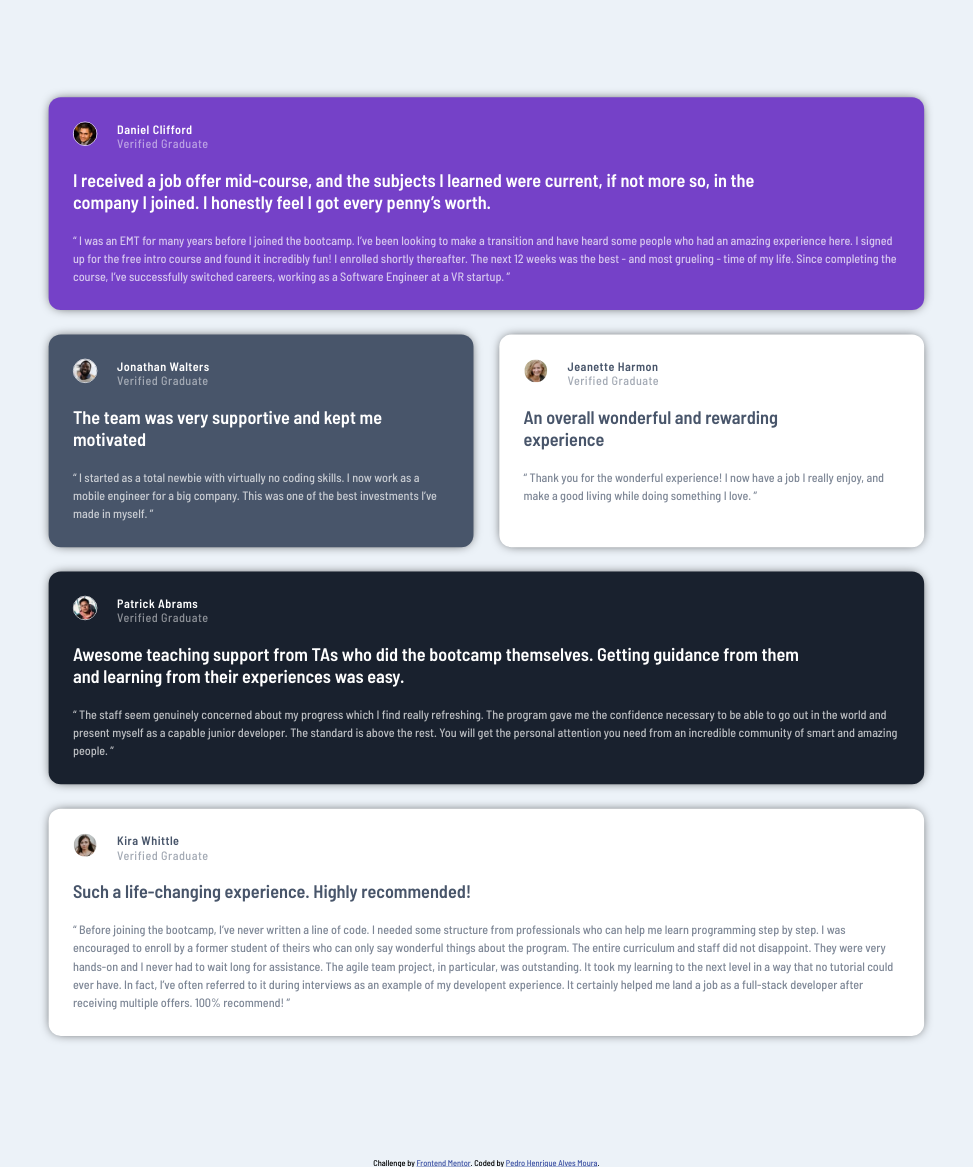
Repository: Pedrohamoura-Git/Frontend-Mentor-Challenges
Page: Junior/testimonials-grid-section-main/index.html
These files come from the project's save history. The page is drawn as it stood at one moment and after a run of saves; the edit follows.
The browser window is 1280 px wide. The pictures show the whole page, at 76% of full size.

Above is the page before, as saved 2021-06-02 10:02:14.

### Junior/testimonials-grid-section-main/index.html
<!DOCTYPE html>
<html lang="en">
<head>
  <meta charset="UTF-8">
  <meta name="viewport" content="width=device-width, initial-scale=1.0"> <!-- displays site properly based on user's device -->

  <link rel="stylesheet" href="css/style.css">

  <title>Frontend Mentor | [Challenge Name Here]</title>

  <!-- Feel free to remove these styles or customise in your own stylesheet 👍 -->
  <style>
    .attribution { font-size: 11px; text-align: center; }
    .attribution a { color: hsl(228, 45%, 44%); }
  </style>
</head>
<body>

  <div id="wrapper">
    <div id="cards">
      <div id="card1">
        <header>
          <div class="picture">
            <img  src="images/image-daniel.jpg" alt="Daniel Clifford's Picture">
          </div>

          <div class="profile">
            <p>Daniel Clifford</p>
            <p class="status">Verified Graduate</p>
          </div>
          <div class="quotes"></div>
        </header>


        <h2>I received a job offer mid-course, and the subjects I learned were current, if not more so, in the company I joined. I honestly feel I got every penny’s worth.</h2>

        <p class="reviews">“ I was an EMT for many years before I joined the bootcamp. I’ve been looking to make a transition and have heard some people who had an amazing experience here. I signed up for the free intro course and found it incredibly fun! I enrolled shortly thereafter. The next 12 weeks was the best - and most grueling - time of my life. Since completing the course, I’ve successfully switched careers, working as a Software Engineer at a VR startup. ”</p>
      </div>

      <div id="card2">
        <header>
          <div class="picture">
            <img src="images/image-jonathan.jpg" alt="Jonathan Walters's Picture">
          </div>

          <div class="profile">
            <p>Jonathan Walters</p>
            <p class="status">Verified Graduate</p>
          </div>
        </header>

        <h2>The team was very supportive and kept me motivated</h2>

        <p class="reviews">“ I started as a total newbie with virtually no coding skills. I now work as a mobile engineer
          for a big company. This was one of the best investments I’ve made in myself. ”</p>
      </div>


      <div id="card3">
        <header>
          <div class="picture">
            <img src="images/image-jeanette.jpg" alt="Jeanette Harmon's Picture">
          </div>

          <div class="profile">
            <p>Jeanette Harmon</p>
            <p class="status">Verified Graduate</p>
          </div>
        </header>

        <h2>An overall wonderful and rewarding experience</h2>

        <p class="reviews">“ Thank you for the wonderful experience! I now have a job I really enjoy, and make a good living
          while doing something I love. ”</p>
      </div>

      <div id="card4">
        <header>
          <div class="picture">
            <img src="images/image-patrick.jpg" alt="Patrick Abrams's Picture">
          </div>

          <div class="profile">
            <p>Patrick Abrams</p>
            <p class="status">Verified Graduate</p>
          </div>
        </header>

        <h2>Awesome teaching support from TAs who did the bootcamp themselves. Getting guidance from them and
          learning from their experiences was easy.</h2>

        <p class="reviews">“ The staff seem genuinely concerned about my progress which I find really refreshing. The program
          gave me the confidence necessary to be able to go out in the world and present myself as a capable
          junior developer. The standard is above the rest. You will get the personal attention you need from
          an incredible community of smart and amazing people. ”</p>
      </div>

      <div id="card5">
        <header>
          <div class="picture">
            <img src="images/image-kira.jpg" alt="Kira Whittle's Picture">
          </div>

          <div class="profile">
            <p>Kira Whittle</p>
            <p class="status">Verified Graduate</p>
          </div>
        </header>

        <h2>Such a life-changing experience. Highly recommended!</h2>

        <p class="reviews">“ Before joining the bootcamp, I’ve never written a line of code. I needed some structure from
          professionals who can help me learn programming step by step. I was encouraged to enroll by a former
          student of theirs who can only say wonderful things about the program. The entire curriculum and staff
          did not disappoint. They were very hands-on and I never had to wait long for assistance. The agile team
          project, in particular, was outstanding. It took my learning to the next level in a way that no tutorial
          could ever have. In fact, I’ve often referred to it during interviews as an example of my developent
          experience. It certainly helped me land a job as a full-stack developer after receiving multiple offers.
          100% recommend! ”</p>
      </div>
    </div>
  </div>


  <div class="attribution">
    Challenge by <a href="https://www.frontendmentor.io?ref=challenge" target="_blank">Frontend Mentor</a>.
    Coded by <a href="#">Pedro Henrique Alves Moura</a>.
  </div>
</body>
</html>

### Junior/testimonials-grid-section-main/css/style.css
/*
** Core Formats
*/
    @import url('https://fonts.googleapis.com/css2?family=Barlow+Semi+Condensed:ital,wght@0,500;0,600;1,500;1,600&display=swap');


    * {
        box-sizing: border-box;
        font-family: "Barlow Semi Condensed";
        margin: 0;
        padding: 0;

    }

    html {
        Font-size: 13px;
    }

    body {
        background: hsl(210, 46%, 95%);
    }


/*
** Common Formats
*/
    #cards {
        color: white;
        margin: 10% auto;
        min-width: 200px;
        width: 90%;

        /* border: 1px solid red; */
    }
    #cards .picture img {
        border: 1.5px solid white;
        border-radius: 3rem;
        width: 55%;
    }

    #cards h2 {
        font-size: 1.5rem;
        margin-bottom: 1.5rem;
        max-width: 90%;
    }

    #cards div.profile {
        letter-spacing: .04rem;
        margin-bottom: 1.5rem;
    }

    #cards div.profile :first-child {
        font-weight: 600;
    }

    #cards div.profile p.status {
        opacity: 50%;
    }

    #cards p.reviews {
        font-size: 1rem;
        line-height: 1.5rem;
        opacity: 70%;
    }

    #card1, #card2, #card3, #card4, #card5 {
        border-radius: 1rem;
        box-shadow: 0 0 1rem -5px black;
        margin-bottom: 2rem;
        padding: 2rem;
    }


    header {
        display: flex;
    }



    /* CONFIGURAR A IMAGEM DE ASPAS DEPOIS


         #cards #card1 h2 {
        z-index: 10;
    }


    #card1 ::before {
        content: '';
        background: url(../images/bg-pattern-quotation.svg)no-repeat;
        width: 30%;
        height: 20%;
        position: absolute;
        top: 3rem;
        right: 2rem;
        z-index: 2;
    }
    } */




/*
** Card #1
*/
    #card1 {
        background: hsl(263, 55%, 52%);
    }



/*
** card #2
*/

    #card2 {
        background: hsl(217, 19%, 35%);
    }


/*
** card #3
*/
    #card3 {
        background: white;
        color: hsl(217, 19%, 35%);
    }


/*
** card #4
*/
    #card4 {
        background: hsl(219, 29%, 14%);
    }



/*
** card #5
*/
    #card5 {
        background: white;
        color: hsl(217, 19%, 35%);
    }


    /*
    ** Tablet Layout
    */
        @media (min-width: 720px) {

            html {
                font-size: 16px;
            }

            #cards {
                display: grid;
                grid-template-columns: repeat(2, 1fr);
                column-gap: 2.1rem;
            }

            #card1 {
                grid-column: 1 / span 2;
            }

            #card4 {
                grid-column: 1 / span 2;
            }

            #card5 {
                grid-column: 1 / span 2;
            }
        }



    /*
    ** Desktop - Layout
    */
        @media (min-width: 1080px) {
            #cards {
                display: grd;
            }
        }

After the next 8 saves:
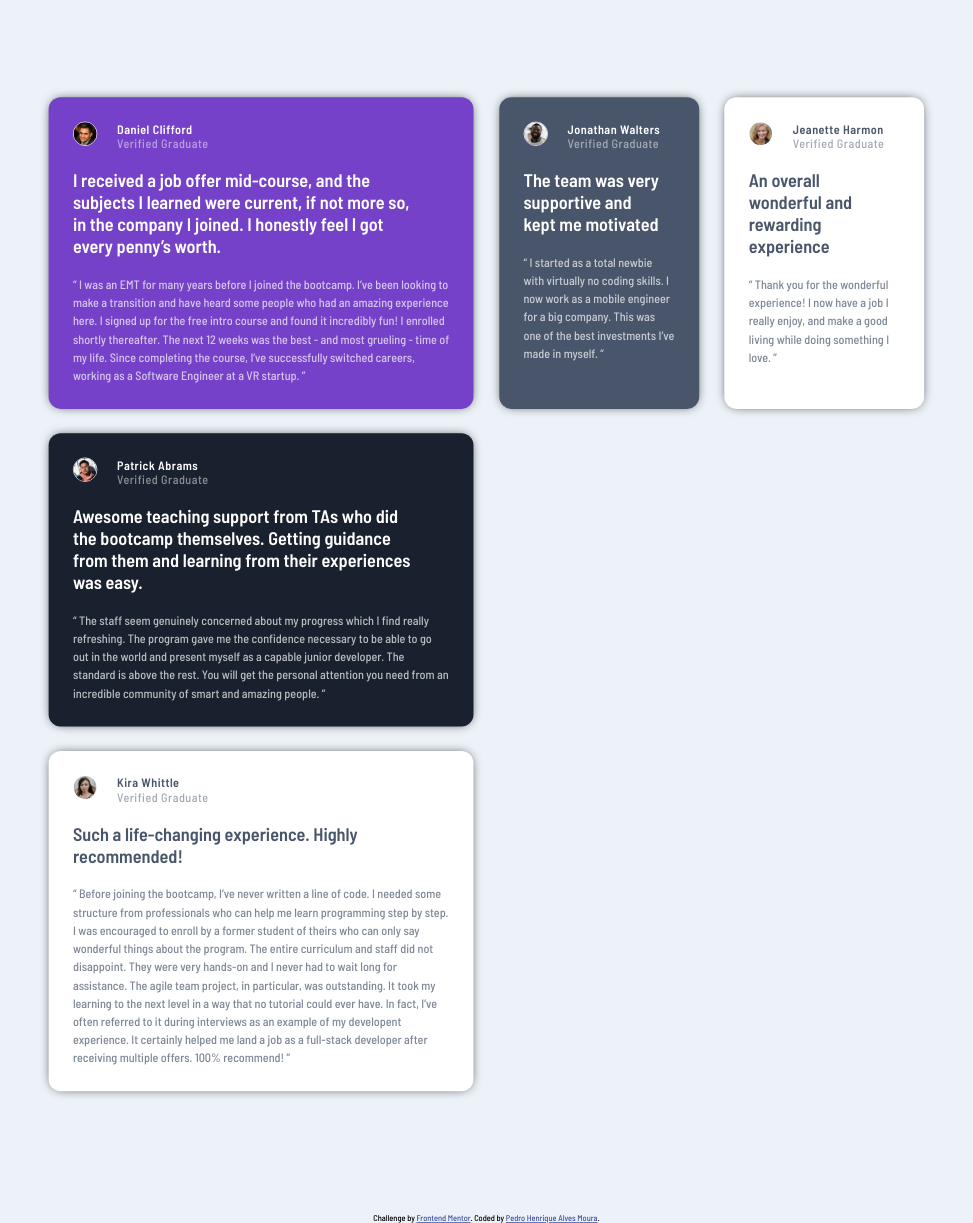
The 8 saves are shown as one change because they came seconds apart.
The last was saved 14 s later.
--- a/Junior/testimonials-grid-section-main/css/style.css
+++ b/Junior/testimonials-grid-section-main/css/style.css
@@ -180,6 +180,8 @@
     */
         @media (min-width: 1080px) {
             #cards {
-                display: grd;
+                display: grid;
+                grid-template-columns: repeat(4, 1fr);
+                grid
             }
         }
